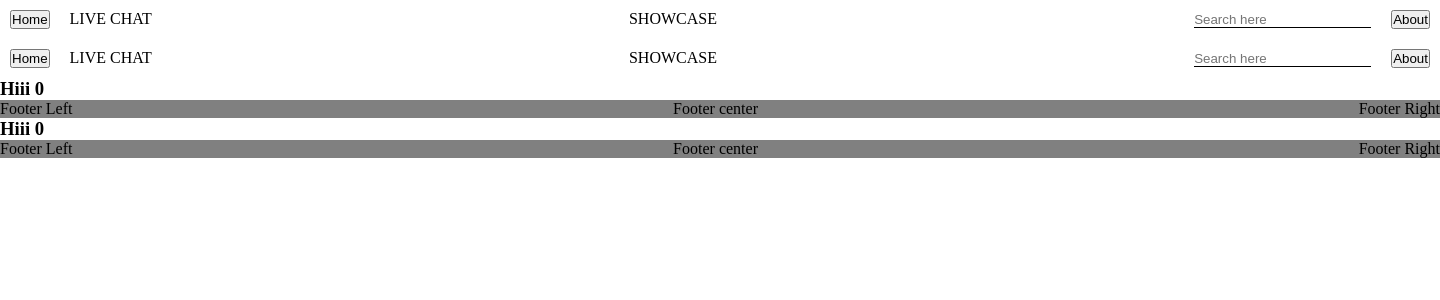
Repository: kapskadiya/ReactJS-NextJs-ExpressJs
Page: /Post
The author's editor kept a copy of each file at every save. The page is drawn from the files as they stood at one save, then again after the next save.
The browser window is 1280 px wide. The page is 1440 px wide, so the pictures cover 1440 px, including what lies to the right of the window. The pictures show the whole page.
The project was rebuilt for these pictures with package versions that can differ from the ones it lists, and the page was loaded fresh each time. The framework's server and built-in components were replaced by stand-ins that run in the browser. Also part of the build but not shown: next.config.js, components/SideBar.js, components/Main.js.

Above is the page before, as saved 2019-05-29 14:39:41.

### pages/_app.js
import App, {Container} from "next/app";
import Layout from "../components/Layout";
import ContextProvider from "../components/Context";
import Home from "../home";

export default class MyApp extends App {


    render() {
        const {Component, pageProps} = this.props;

        return (
            <Container>
                <ContextProvider>
                    <Home>
                        <Component {...pageProps}/>
                    </Home>
                </ContextProvider>
            </Container>
        )
    }
}

### pages/Post.js
import { withRouter } from 'next/router';
import Layout from '../components/Layout';

const Post = withRouter( props => (
    <Layout>
        <h1>{props.router.query.title}</h1>
    </Layout>
))

// const Post = withRouter(
//     props => (
//         <Layout>
//             <Content/>
//         </Layout>
//     )
// )

export default Post;

### components/Layout.js
import React, { Component } from 'react'
import Header from '../components/Header'
import { TosatContainer, toast} from 'react-toastify'
import 'react-toastify/dist/ReactToastify.css';
import Footer from './Footer';
import { Consumer } from './Context'

const Layout = props => {
    console.log("contex", props);

    return (
    <div className="container">
        <Header />
        {props.children}
        <Consumer>
            {({count}) => <h3>Hiii {count}</h3> }
        </Consumer>
        <Footer/>
    </div>
)}

// export default class Layout extends Component {
//    notify(){
//        toast("Easy Psy!!");
//    }
//     render() {
//         return (
//             <div>
//                 <button onClick={this.notify}>Notify !</button>
//                 <TosatContainer/>
//                 <Header>
//                     {this.props.children}
//                 </Header>
//             </div>
//         )
//     }
// }

// const Layout = props => {
//     return(
//     <div>
//         <Header>
//         <button onClick={this.notify}>Notify !</button>
//         <TosatContainer/>
//         {props.children}
//         </Header>
//     </div>
// )}



// const Layout = Page => {
//     return () => (
//     <div>
//         <Header>
//             <Page />
//         </Header>
//     </div>
// )}

export default Layout;

### components/Context.js
import React, { Component } from 'react'

export const { Provider, Consumer } = React.createContext();

export default class ContextProvider extends Component {
    constructor(props) {
        super(props)
        this.state = {
            count: 0,
            getData : ({value}) => this.setState({count:value})
        }
    }



    render() {
        console.log("heloo context", this.state.count);

        return (
            <Provider value={this.state}>
                {this.props.children}
            </Provider>
        )
    }
}

### home.jsx
import React, {Component} from 'react'
import ContextProvider from './components/Context'
import Header from './components/Header'
import SideBar from './components/SideBar'
import Main from './components/Main'
import Layout from './components/Layout';

export default class Home extends Component {
    render() {
        return (
            <ContextProvider>
                <div className="fluid_container">
                    <Layout>
                        {this.props.children}
                    </Layout>
                </div>
                <style global jsx>
                    {
                        ` .fluid_container {
                            width: 100%;
                            margin: 0 auto;

                        }
                        .container{
                            width: 1440px;
                            margin: 0 auto;
                        }
                        *{
                            margin: 0;
                            padding: 0;
                        }
                        .border {
                            border: 1px solid black;
                        }
                        .header {
                            display: flex;
                            justify-content: space-between;

                        }
                        .header-corner {
                            display: flex;
                        }
                        .header-child {
                            padding: 10px;
                        }
                        .header-child input[type="text"] {
                            border: none;
                            border-bottom: 1px solid black;
                            outline: none;
                        }

                         `
                    }</style>
            </ContextProvider>
        )
    }
}

### components/Header.js
import React, {Component} from 'react'
import Context from './Context'
import Link from 'next/link'
import ContextProvider from './Context'

export default class Header extends Component {

    render() {
        return (
            <div className="header">
                <div className="header-corner">
                    <div className="header-child">
                        <Link href="/">
                            <button>Home</button>
                        </Link>
                    </div>
                    <div className="header-child">
                        LIVE CHAT
                    </div>
                </div>
                <div className="header-child">
                    SHOWCASE
                </div>
                <div className="header-corner">
                    <div className="header-child">
                        <input type="text" placeholder="Search here"/>
                    </div>
                    <div className="header-child">
                        <Link href="/about">
                            <button>About</button>
                        </Link>
                    </div>

                </div>
            </div>
        )
    }
}

### components/Footer.js
import React, { Component } from 'react'
import s from './footer.module.css'

export default class Footer extends Component {
    render() {
        console.log(s.footer);
        return (
            <div className={s.footer}>
                <div>
                    <p>Footer Left</p>
                </div>
                <div className={s.footer_left}>
                    <p>Footer center</p>
                </div>
                <div>
                    <p>Footer Right</p>
                </div>

            </div>
        )
    }
}

### components/footer.module.css
.footer{
    display: flex;
    justify-content: space-between;
    background: gray;
}

.footer_left{
    text-align: center;
}

After the next save:
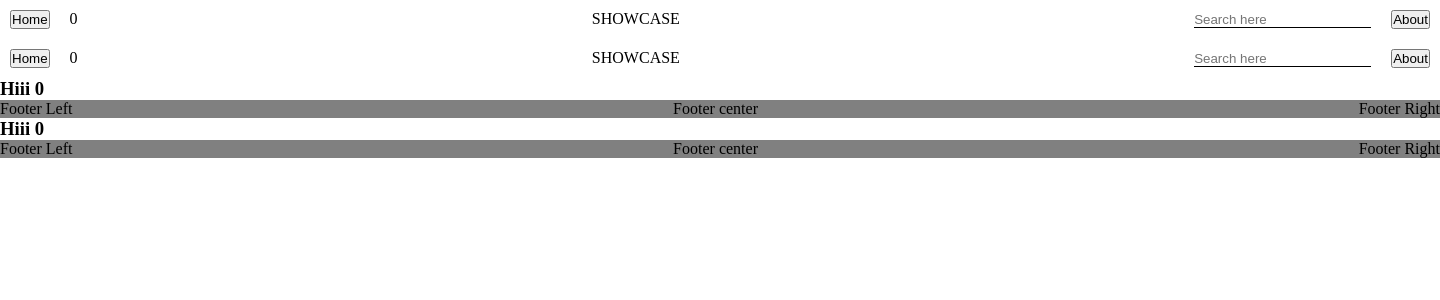
Saved 65 s later.
--- a/components/Header.js
+++ b/components/Header.js
@@ -1,5 +1,5 @@
 import React, {Component} from 'react'
-import Context from './Context'
+import { Consumer } from './Context'
 import Link from 'next/link'
 import ContextProvider from './Context'
 
@@ -15,7 +15,9 @@ export default class Header extends Component {
                         </Link>
                     </div>
                     <div className="header-child">
-                        LIVE CHAT
+                        <Consumer>
+                            {({count})=> <p>{count}</p>}
+                        </Consumer>
                     </div>
                 </div>
                 <div className="header-child">
